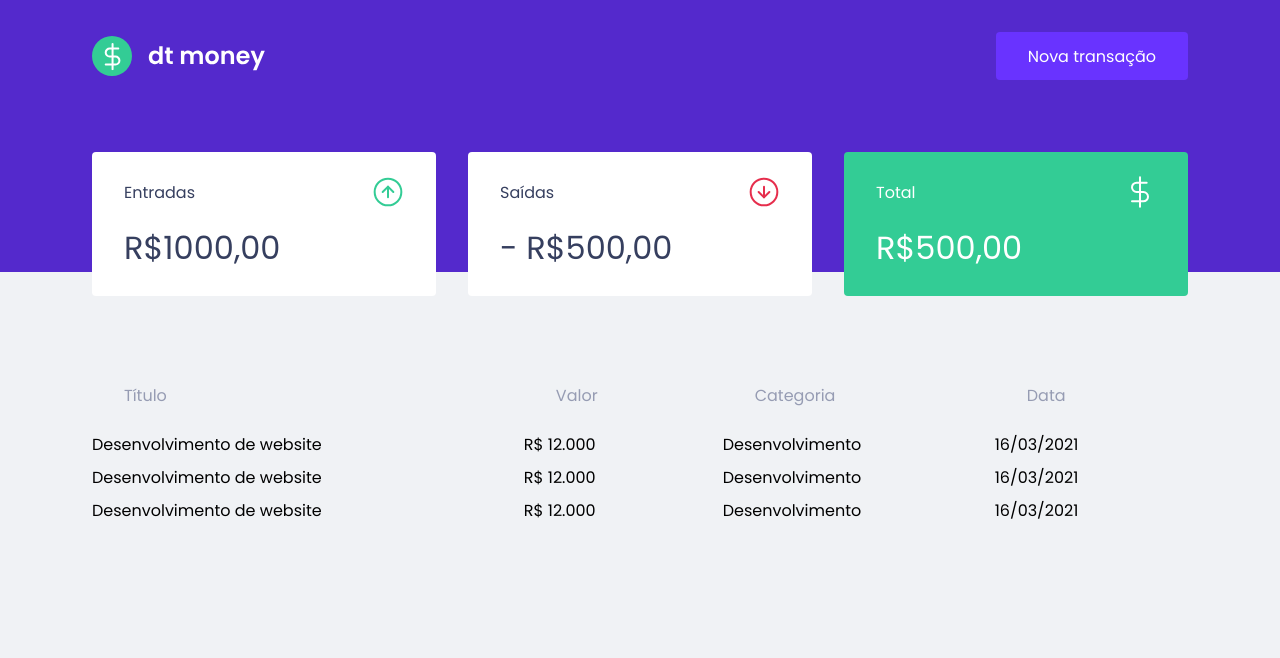
Repository: victoriandujar/ignite-dtmoney
Page: /
The author's editor kept a copy of each file at every save. The page is drawn from the files as they stood at one save, then again after the next save.
The browser window is 1280 px wide. The pictures show the whole page.
The project was rebuilt for these pictures with package versions that can differ from the ones it lists, and the page was loaded fresh each time.

Above is the page before, as saved 2021-03-22 18:59:48.

### public/index.html
<!DOCTYPE html>
<html lang="en">
  <head>
    <link rel="preconnect" href="https://fonts.gstatic.com">
    <meta charset="utf-8" />
    <link rel="icon" href="%PUBLIC_URL%/favicon.ico" />
    <meta name="viewport" content="width=device-width, initial-scale=1" />
    <link href="https://fonts.googleapis.com/css2?family=Poppins:wght@400;600&display=swap" rel="stylesheet">

    <title>dt money</title>
  </head>
  <body>
    <noscript>You need to enable JavaScript to run this app.</noscript>
    <div id="root"></div>
  </body>
</html>

### src/App.tsx
import React from 'react';

import { GlobalStyle } from './styles/global';
import { Header } from './components/Header';
import { Dashboard } from './components/Dashboard';

function App() {
  return (
    <>
      <GlobalStyle />
      <Header />
      <Dashboard />
    </>
  );
}

export default App;

### src/styles/global.js
import { createGlobalStyle } from 'styled-components';

export const GlobalStyle = createGlobalStyle`
    :root {
        --background: #f9f2f5;
        --red: #E52E4D;
        --green: #33CC95;
        --blue: #5429CC;

        --blue-light: #6933FF;

        --text-title: #363F5F;
        --text-body: #969CB3;

        --background: #F0F2F5;
        --shape: #FFFFFF;
    }

    * {
        margin: 0;
        padding: 0;
        box-sizing: border-box;
    }

    html {
        @media (max-width: 1088px) {
            font-size: 93.75%;
        }

        @media (max-width: 720px) {
            font-size: 87.5%;
        }
    }

    body {
        background: var(--background);
        -webkit-font-smoothing: antialised;
    }

    body, input, textarea, button {
        font-family: 'Poppins', sans-serif;
        font-weight: 400;
    }

    h1, h2, h3, h4, h5, h6, strong {
        font-weight: 600;
    }

    button {
        cursor: pointer;
    }

    [disabled] {
        opacity: 0.6;
        cursor: not-allowed;
    }
`;

### src/components/Header/index.tsx
import React from 'react';

import Logo from '../../assets/logo.svg';

import { Container, Content } from './styles';

export function Header() {
    return(
        <Container>
            <Content>
                <img src={Logo} alt="logo dt money" />
                <button type="button">Nova transação</button>
            </Content>
        </Container>
    );
}

### src/components/Dashboard/index.tsx
import React from 'react';

import { Container } from './styles';

import { Summary } from '../Summary';
import { TransactionsTable } from '../TransactionsTable'

export function Dashboard() {
    return(
        <Container>
            <Summary />
            <TransactionsTable />
        </Container>
    );
}

### src/components/Header/styles.ts
import styled from 'styled-components';

export const Container = styled.header`
  background: var(--blue);
`;

export const Content = styled.div`
    max-width: 1128px;
    margin: 0 auto;

    padding: 2rem 1rem 12rem;
    display: flex;
    align-items: center;
    justify-content: space-between;

    button {
        font-size: 1rem;
        color: #fff;
        background: var(--blue-light);
        border: 0;
        padding: 0 2rem;
        border-radius: 0.25rem;
        height: 3rem;
        transition: filter 0.2s;

        &:hover {
            filter: brightness(0.9);
        }
    }
`;

### src/components/Dashboard/styles.ts
import styled from 'styled-components';

export const Container = styled.div`
  max-width: 1128px;
  margin: 0 auto;
  padding: 2.5rem 1rem;
`;

### src/components/Summary/index.tsx
import React from 'react';

import IncomeImg from '../../assets/income.svg';
import OutcomeImg from '../../assets/outcome.svg';
import TotalImg from '../../assets/total.svg';

import { Container } from './styles';

export function Summary() {
    return(
        <Container>
            <div>
                <header>
                    <p>Entradas</p>
                    <img src={IncomeImg} alt="Entrada"/>
                </header>
                <strong>R$1000,00</strong>
            </div>

            <div>
                <header>
                    <p>Saídas</p>
                    <img src={OutcomeImg} alt="Saida"/>
                </header>
                <strong>- R$500,00</strong>
            </div>

            <div className="green">
                <header>
                    <p>Total</p>
                    <img src={TotalImg} alt="Total"/>
                </header>
                <strong>R$500,00</strong>
            </div>
        </Container>
    );
}

### src/components/TransactionsTable/index.tsx
import React from 'react';

import { Container } from './styles';

export function TransactionsTable() {
    return(
        <Container>
            <table>
                <thead>
                    <tr>
                        <th>Título</th>
                        <th>Valor</th>
                        <th>Categoria</th>
                        <th>Data</th>
                    </tr>
                </thead>
                <tbody>
                    <tr>
                        <td>Desenvolvimento de website</td>
                        <td>R$ 12.000</td>
                        <td>Desenvolvimento</td>
                        <td>16/03/2021</td>
                    </tr>

                    <tr>
                        <td>Desenvolvimento de website</td>
                        <td>R$ 12.000</td>
                        <td>Desenvolvimento</td>
                        <td>16/03/2021</td>
                    </tr>

                    <tr>
                        <td>Desenvolvimento de website</td>
                        <td>R$ 12.000</td>
                        <td>Desenvolvimento</td>
                        <td>16/03/2021</td>
                    </tr>
                </tbody>
            </table>
        </Container>
    );
}

### src/components/Summary/styles.ts
import styled from 'styled-components';

export const Container = styled.div`
  display: grid;
  grid-template-columns: repeat(3, 1fr);
  gap: 2rem;
  margin-top: -10rem;

  div {
      background: var(--shape);
      padding: 1.5rem 2rem;
      border-radius: 0.25rem;
      color: var(--text-title);

      header {
          display: flex;
          align-items: center;
          justify-content: space-between;
      }

      strong {
          display: block;
          margin-top: 1rem;
          font-size: 2rem;
          font-weight: 500;
          line-height: 3rem;
      }

      &.green {
          background: var(--green);
          color: #fff;
      }
  }
`;

### src/components/TransactionsTable/styles.ts
import styled from 'styled-components';

export const Container = styled.div`
  margin-top: 4rem;

  table {
      width: 100%;
      border-spacing: 0 0.5rem;
  }

  th {
      color: var(--text-body);
      font-weight: 400;
      padding: 1rem 2rem;
      text-align: left;
      line-height: 1.5rem;
  }
`;

Loaded but not shown: src/index.tsx (common file)

After the next save:
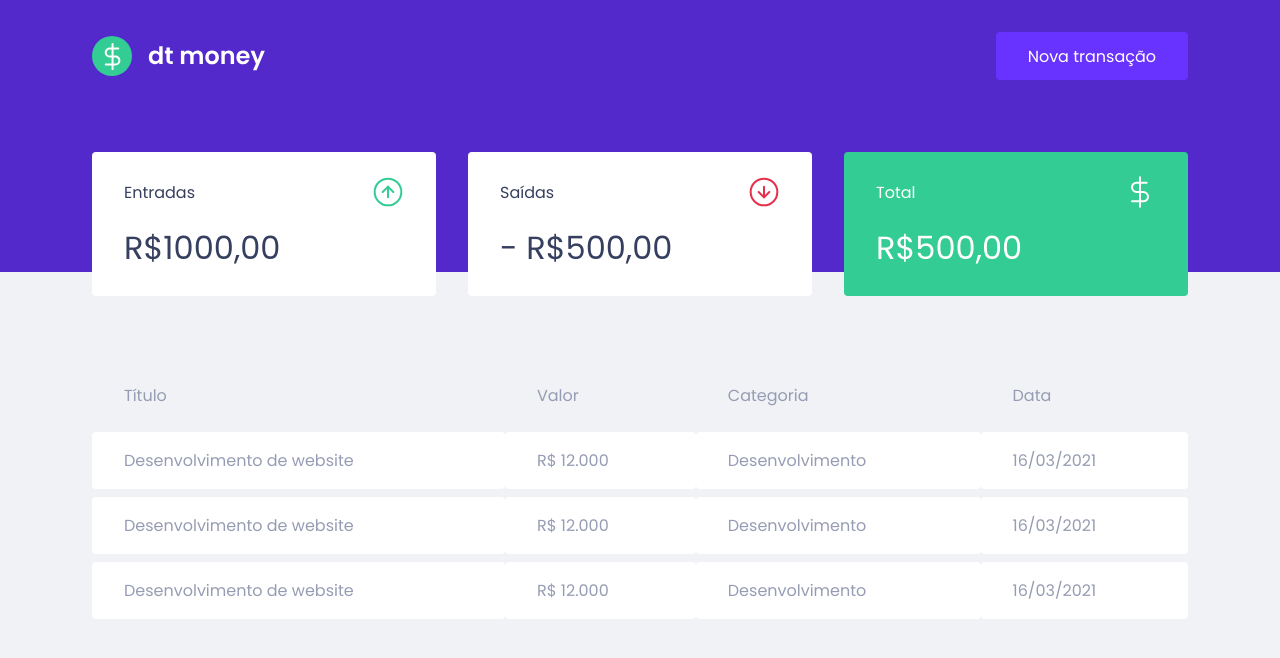
Saved 2 min 42 s later.
--- a/src/components/TransactionsTable/styles.ts
+++ b/src/components/TransactionsTable/styles.ts
@@ -15,4 +15,12 @@
       text-align: left;
       line-height: 1.5rem;
   }
+
+  td {
+      padding: 1rem 2rem;
+      border: 0;
+      background: var(--shape);
+      color: var(--text-body);
+      border-radius: 0.25rem;
+  }
 `;
